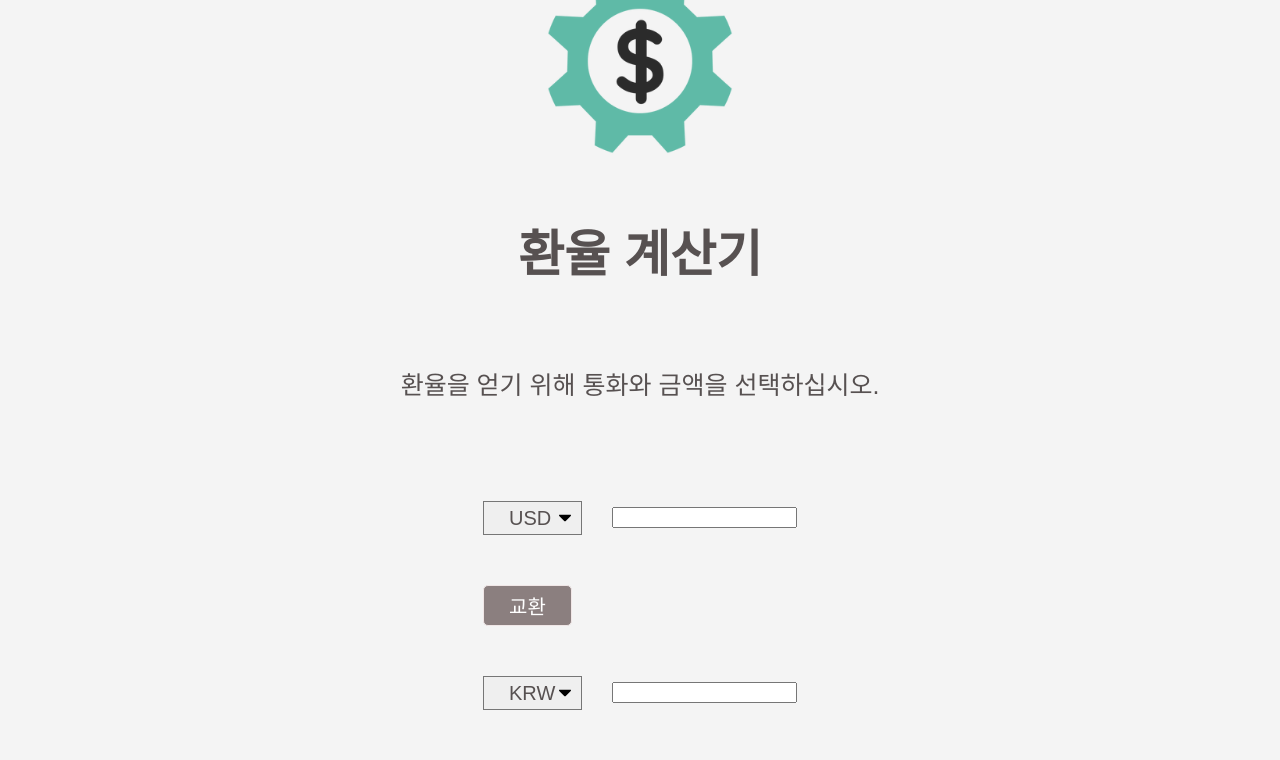
Repository: AbrorjonKuchkarov/exchange-rate
Page: index.html
These files come from the project's save history. The page is drawn as it stood at one moment and after the next save; the edit follows.
The browser window is 1280 px wide. The pictures show the whole page.

Above is the page before, as saved 2022-02-24 01:44:27.

### index.html
<!DOCTYPE html>
<html lang="en">
<head>
   <meta charset="UTF-8">
   <meta http-equiv="X-UA-Compatible" content="IE=edge">
   <meta name="viewport" content="width=device-width, initial-scale=1.0">
<link rel="stylesheet" href="style.css">
   <title>환율</title>
</head>
<body>
   <img src="img/money.png" alt="">
   <h1>환율 계산기 </h1>
   <p>환율을 얻기 위해 통화와 금액을 선택하십시오.</p>

   <div class="container">
      <div class="currency">
         <select id="selectOne">
            <option value="AED">AED</option>
            <option value="ARS">ARS</option>
            <option value="AUD">AUD</option>
            <option value="BGN">BGN</option>
            <option value="BRL">BRL</option>
            <option value="BSD">BSD</option>
            <option value="CAD">CAD</option>
            <option value="CHF">CHF</option>
            <option value="CLP">CLP</option>
            <option value="CNY">CNY</option>
            <option value="COP">COP</option>
            <option value="CZK">CZK</option>
            <option value="DKK">DKK</option>
            <option value="DOP">DOP</option>
            <option value="EGP">EGP</option>
            <option value="EUR">EUR</option>
            <option value="FJD">FJD</option>
            <option value="GBP">GBP</option>
            <option value="GTQ">GTQ</option>
            <option value="HKD">HKD</option>
            <option value="HRK">HRK</option>
            <option value="HUF">HUF</option>
            <option value="IDR">IDR</option>
            <option value="ILS">ILS</option>
            <option value="INR">INR</option>
            <option value="ISK">ISK</option>
            <option value="JPY">JPY</option>
            <option value="KRW">KRW</option>
            <option value="KZT">KZT</option>
            <option value="MXN">MXN</option>
            <option value="MYR">MYR</option>
            <option value="NOK">NOK</option>
            <option value="NZD">NZD</option>
            <option value="PAB">PAB</option>
            <option value="PEN">PEN</option>
            <option value="PHP">PHP</option>
            <option value="PKR">PKR</option>
            <option value="PLN">PLN</option>
            <option value="PYG">PYG</option>
            <option value="RON">RON</option>
            <option value="RUB">RUB</option>
            <option value="SAR">SAR</option>
            <option value="SEK">SEK</option>
            <option value="SGD">SGD</option>
            <option value="THB">THB</option>
            <option value="TRY">TRY</option>
            <option value="TWD">TWD</option>
            <option value="UAH">UAH</option>
            <option value="USD" selected>USD</option>
            <option value="UYU">UYU</option>
            <option value="VND">VND</option>
            <option value="ZAR">ZAR</option>
         </select>
         <input type="number" class="inputOne" >
      </div>

      <div class="swap">
         <button class="btn">교환</button>
         <div class="rate"></div>
      </div>

      <div class="currency">
         <select id="selectTwo">
         <option value="AED">AED</option>
         <option value="ARS">ARS</option>
         <option value="AUD">AUD</option>
         <option value="BGN">BGN</option>
         <option value="BRL">BRL</option>
         <option value="BSD">BSD</option>
         <option value="CAD">CAD</option>
         <option value="CHF">CHF</option>
         <option value="CLP">CLP</option>
         <option value="CNY">CNY</option>
         <option value="COP">COP</option>
         <option value="CZK">CZK</option>
         <option value="DKK">DKK</option>
         <option value="DOP">DOP</option>
         <option value="EGP">EGP</option>
         <option value="EUR">EUR</option>
         <option value="FJD">FJD</option>
         <option value="GBP">GBP</option>
         <option value="GTQ">GTQ</option>
         <option value="HKD">HKD</option>
         <option value="HRK">HRK</option>
         <option value="HUF">HUF</option>
         <option value="IDR">IDR</option>
         <option value="ILS">ILS</option>
         <option value="INR">INR</option>
         <option value="ISK">ISK</option>
         <option value="JPY">JPY</option>
         <option value="KRW" selected>KRW</option>
         <option value="KZT">KZT</option>
         <option value="MXN">MXN</option>
         <option value="MYR">MYR</option>
         <option value="NOK">NOK</option>
         <option value="NZD">NZD</option>
         <option value="PAB">PAB</option>
         <option value="PEN">PEN</option>
         <option value="PHP">PHP</option>
         <option value="PKR">PKR</option>
         <option value="PLN">PLN</option>
         <option value="PYG">PYG</option>
         <option value="RON">RON</option>
         <option value="RUB">RUB</option>
         <option value="SAR">SAR</option>
         <option value="SEK">SEK</option>
         <option value="SGD">SGD</option>
         <option value="THB">THB</option>
         <option value="TRY">TRY</option>
         <option value="TWD">TWD</option>
         <option value="UAH">UAH</option>
         <option value="USD">USD</option>
         <option value="UYU">UYU</option>
         <option value="VND">VND</option>
         <option value="ZAR">ZAR</option>
      </select>
      <input type="number" class="inputTwo" >
      </div>
   </div>




   <script src="app.js"></script>
</body>
</html>

### style.css
*{
   box-sizing: border-box;
}

body {
   font-family: Arial, Helvetica, sans-serif;
   margin: 0;
   display: flex;
   flex-direction: column;
   align-items: center;
   justify-content: center;
   height: 100vh;
   background-color: #f4f4f4;
   padding: 10px;

}

img {
   width: 200px;
}

h1{
   font-size: 50px;
   color: #575151;
   padding: 20px 0;
}

p{
   color: #575151;
   font-size: 25px;
   padding-bottom: 25px;
   text-align: center;
}

.btn{
   padding: 5px 25px;
   border-radius: 5px;
   border: 1px solid #f0e6e6;
   background-color: #8b7f7f;
   color: #fff;
   cursor: pointer;
   font-size: 20px;
}

.currency {
   margin: 30px 0;
   padding: 20px 0;
    display: flex;
   align-items: center;
   justify-content: space-between;
}

#selectOne,
#selectTwo{
   margin-right: 30px;
   font-size: 20px;
   color: #575151;
   padding: 5px 25px;
   -moz-appearance: none;
   -webkit-appearance: none;
   appearance: none;
   background-image: url('data:[embedded picture, 475 characters]');
   background-position: right 10px top 50%, 0, 0;
   background-size: 12px auto, 100%;
   background-repeat: no-repeat;

}

Loaded but not shown: app.js (no copy from this time; the picture is the same without it)

After the next save:
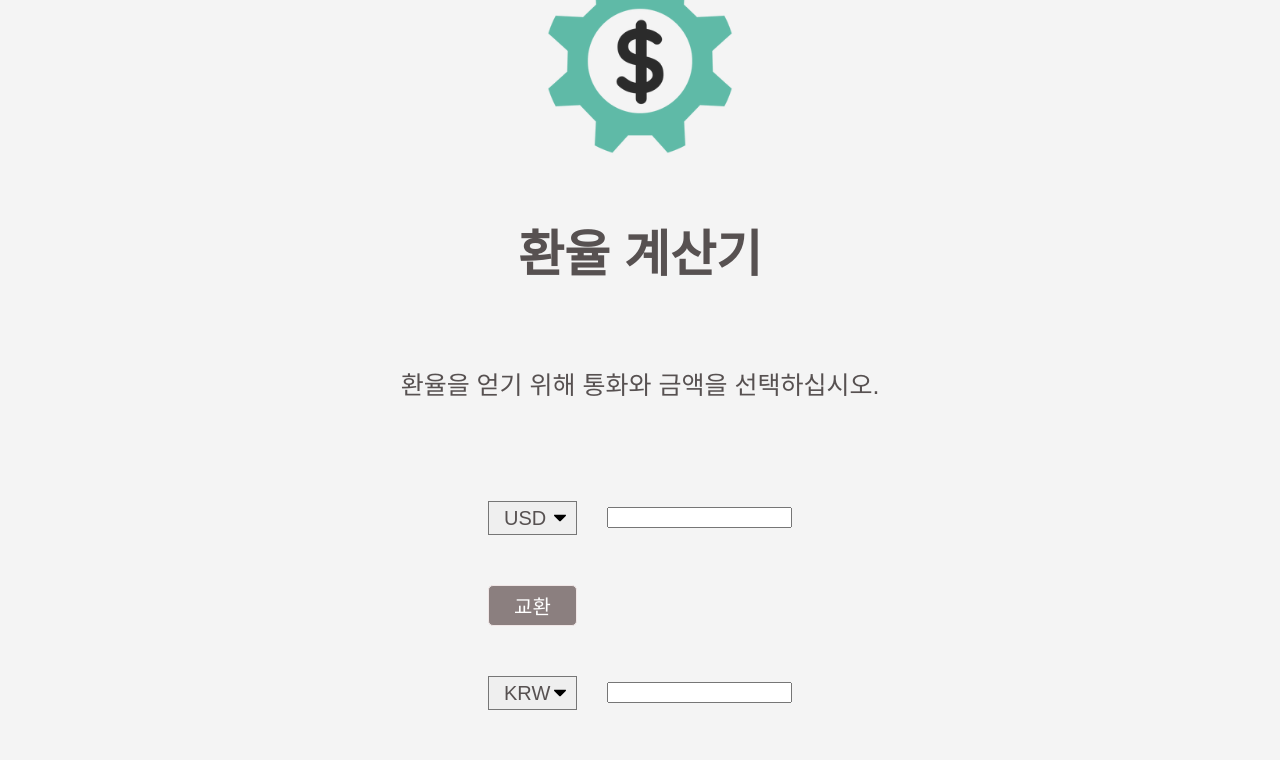
Saved 29 s later.
--- a/style.css
+++ b/style.css
@@ -55,7 +55,7 @@ p{
    margin-right: 30px;
    font-size: 20px;
    color: #575151;
-   padding: 5px 25px;
+   padding: 5px 25px 5px 15px;
    -moz-appearance: none;
    -webkit-appearance: none;
    appearance: none;
